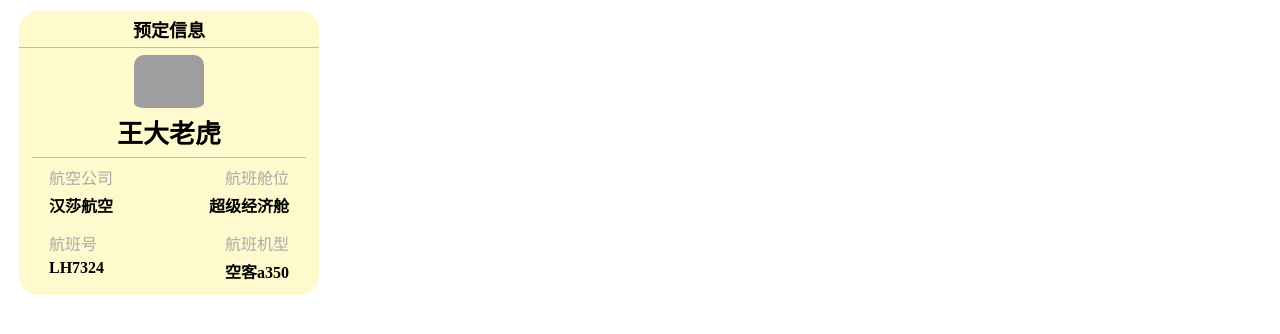
Repository: xzm1997/react-learning
Page: /
The author's editor kept a copy of each file at every save. The page is drawn from the files as they stood at one save, then again after the next save.
The browser window is 1280 px wide. The pictures show the whole page.
Pictures or frames that could not be fetched are drawn as grey boxes. The project was rebuilt for these pictures with package versions that can differ from the ones it lists, and the page was loaded fresh each time.

Above is the page before, as saved 2023-01-31 11:15:12.

### src/index.js
import React from 'react';
import ReactDOM from 'react-dom/client';
import './index.css';

export function UserInfo(props) {
  return (
    <div className='userInfo'>
      <img
        src='https://img1.baidu.com/it/u=1964469406,3571897169&fm=253&fmt=auto&app=138&f=JPEG?w=500&h=500'
        alt='ava'
        className='ava'
      ></img>
      <div className='userName'>{props.userName}</div>
    </div>
  )
}

export function InfoShow(props) {
  return (
    <div className='infoShow'>
      <div className='bookTitle'>{props.title}</div>
      <div className='bookContent'>{props.content}</div>
    </div>
  )
}

export function BookInfo(props) {
  return (
    <div className='contentDisplay'>
      <div className='totalTitle'>预定信息</div>
      <UserInfo userName={props.userName} />
      <div className='infoDisplay'>
        <div className='infoItem leftSide'>
          <InfoShow title='航空公司' content={props.ticketInfo.airline}/>
          <InfoShow title='航班号' content={props.ticketInfo.flightNum}/>
        </div>
        <div className='infoItem rightSide'>
          <InfoShow title='航班舱位' content={props.ticketInfo.level}/>
          <InfoShow title='航班机型' content={props.ticketInfo.plane}/>
        </div>
      </div>
    </div>
    )
}

export function Root() {
  const userName = '王大老虎';
  const ticketInfo = {
    airline : '汉莎航空',
    flightNum : 'LH7324',
    level : '超级经济舱',
    plane : '空客a350'
  }
  return (
    <div>
      <BookInfo
        userName={userName}
        ticketInfo={ticketInfo}
      />
    </div>
  )
}

// ========================================

const root = ReactDOM.createRoot(document.getElementById("root"));
root.render(<Root />);

### src/index.css
.contentDisplay {
  width: 300px;
  border: solid 1px #fff;
  background: lemonchiffon;
  border-radius: 20px;
  padding:5px 0;
  margin: 10px;
  display: flex;
  flex-direction: column;
  align-items: center;
}

.userInfo {
  display: flex;
  flex-direction: column;
  align-items: center;
  width: 260px;
  padding: 7px;
  border-bottom: solid 1px #bbb;
}

.ava {
  width: 70px;
  border-radius: 10px;
  padding-bottom: 5px;
}

.userName {
  font-weight: 700;
  font-size: 26px;
}

.bookTitle {
  color: #aaa;
}

.totalTitle {
  font-size: 18px;
  font-weight: 700;
  text-align: center;
  width: 300px;
  padding-bottom: 5px;
  border-bottom: solid 1px #bbb;
}

.bookContent {
  font-weight: 700;
}

.infoShow {
  padding: 5px 0;
}

.bookTitle {
  padding: 2px 0;
}

.bookContent {
  padding: 2px 0;
}

.infoDisplay {
  display: flex;
}

.infoItem {
  width: 120px;
}

.rightSide {
  text-align: right;
}

Loaded but not shown: public/index.html (common file)

After the next save:
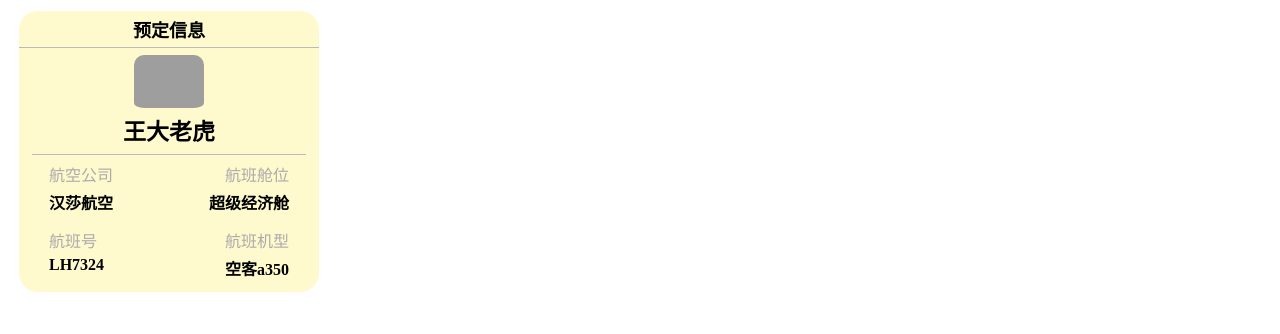
Saved 11 s later.
--- a/src/index.css
+++ b/src/index.css
@@ -27,7 +27,7 @@
 
 .userName {
   font-weight: 700;
-  font-size: 26px;
+  font-size: 23px;
 }
 
 .bookTitle {
